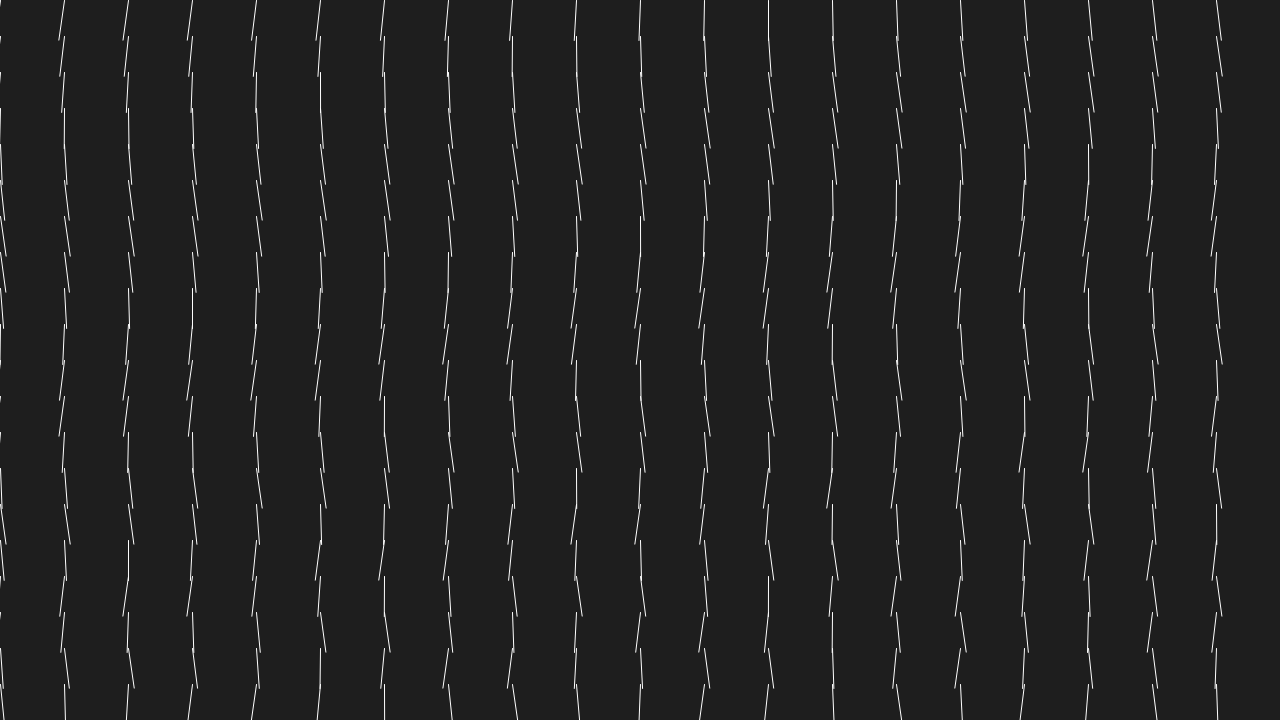
Repository: dylanreimer/electrocrafting
Page: projects/pendulum/index.html
An editor plug-in stored every save of this project. The page is shown before and after the next save, followed by the edit.
The browser window is 1280 px wide. The pictures show the whole page.

Above is the page before, as saved 2021-10-19 01:16:36.

### projects/pendulum/index.html
<!DOCTYPE html>
<html lang="en">
  <head>
    <meta charset="UTF-8" />
    <meta http-equiv="X-UA-Compatible" content="IE=edge" />
    <meta name="viewport" content="width=device-width, initial-scale=1.0" />
    <style>
      body {
      padding: 0;
      margin: 0;
    }
    </style>
    <title>pendulum</title>
      <script src="libs/p5.js"></script>
      <script src="libs/p5.dom.min.js"></script>
      <script src="libs/p5.sound.min.js"></script>
    </head>
  <body>
    <script src="sketch.js"></script>
    <script src="pendulum.js"></script>
  </body>
</html>

### projects/pendulum/sketch.js
const canvasWidth = window.innerWidth;
const canvasHeight = window.innerHeight;

let pendulums = [];

let cols = 20, rows = 20;


function preload() {

}

function setup() {
    createCanvas(canvasWidth, canvasHeight);

    pendulums = make2d(cols, rows);

    for(let i = 0; i < cols; i++) {
        for(let j = 0; j < rows; j++) {

          const xangle = map(mouseX, 0, width, -TWO_PI, TWO_PI);
          const yangle = map(mouseY, 0, height, -TWO_PI, TWO_PI);

          angle = (xangle * (i / width)*4) + (yangle * (j / height)*8);

          //console.log(angle);
          c = map(angle, -2, 2, 0, 50);

          pendulums[i][j] = new Pendulum(i*(canvasWidth/cols), j*(canvasHeight/rows), c/0.8);
        }
    }
}



function draw() {
    background(30);

    for(let i =0; i < cols; i++){
        for(let j = 0; j < rows; j++) {
            pendulums[i][j].render();
            pendulums[i][j].update();
        }
    }
}



function make2d(cols, rows) {
    let array = new Array(cols);
    for (let i = 0; i < array.length; i++) {
        array[i] = new Array(rows);
    }
    return array
}

### projects/pendulum/pendulum.js
class Pendulum {
    constructor(x, y, size, radius=40, velocity=0.01, color=[255, 255, 255]) {
        this.origin = {x: x, y: y};
        this.center = {x: x, y: y};
        this.lineStart = {x: x, y: y};
        this.size = size;
        this.swingRadius = radius;
        this.color = color;
        this.angle = PI/2;
        this.gravity = 0.2;
        this.damping = 0.9995;
        this.accel = 0;
        this.velocity = velocity;
    };

    update() {
        this.updateAngle();
        this.updatePosition();
    };

    render() {
        this.renderArm();
        this.renderWeight();
    };

    updateAngle() {
        this.accel = (-1 * this.gravity/this.size) * sin(this.angle);
        this.velocity += this.accel;
        this.velocity *= this.damping;
        this.angle += this.velocity;

        this.damping -= 0.0001
    };

    updatePosition() {
        this.center.x = sin(this.angle) * this.swingRadius + this.origin.x;
        this.center.y = cos(this.angle) * this.swingRadius + this.origin.y;
    };

    renderArm() {
        stroke(255);
        line(this.center.x, this.center.y, this.lineStart.x, this.lineStart.y);
    }

    renderWeight() {
        fill(this.color);
        ellipse(this.center.x, this.center.y, this.size);
    }


}

Loaded but not shown: projects/aframe/libraries/p5.js (library); projects/pendulum/libs/p5.dom.min.js (library); projects/pendulum/libs/p5.sound.min.js (library)

After the next save:
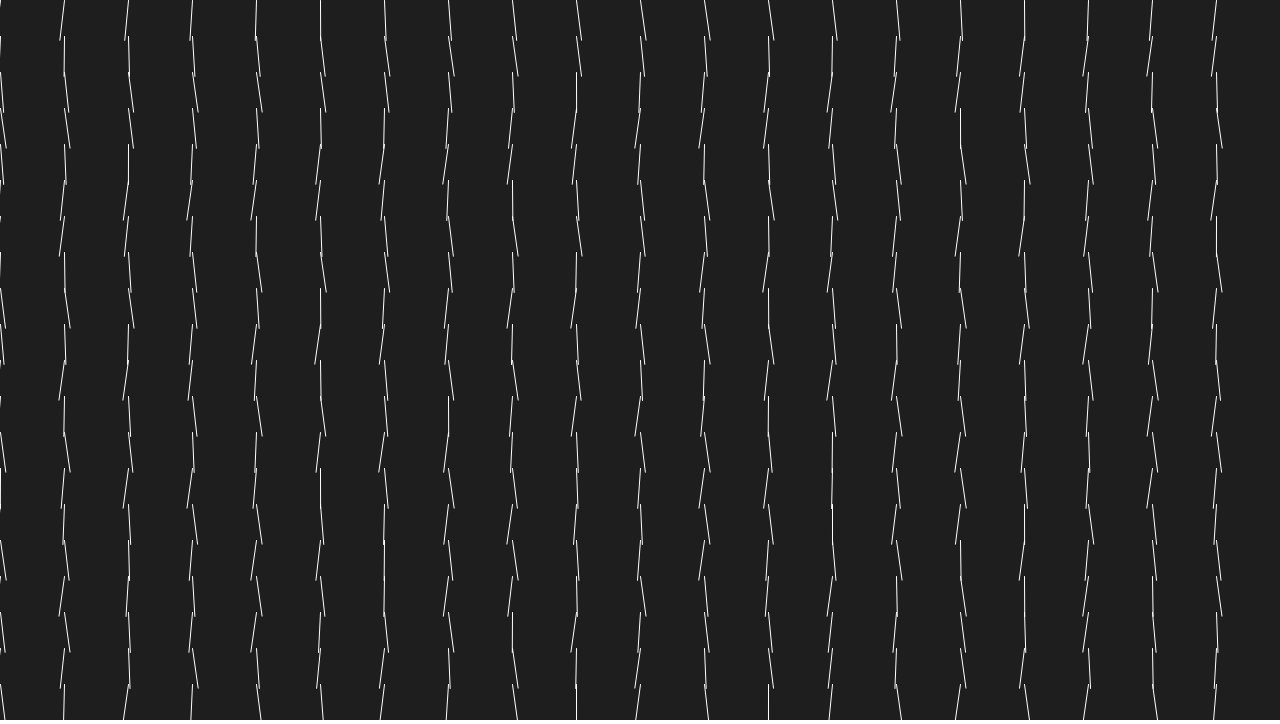
Saved 5 s later.
--- a/projects/pendulum/pendulum.js
+++ b/projects/pendulum/pendulum.js
@@ -7,7 +7,7 @@
         this.swingRadius = radius;
         this.color = color;
         this.angle = PI/2;
-        this.gravity = 0.2;
+        this.gravity = 0.9;
         this.damping = 0.9995;
         this.accel = 0;
         this.velocity = velocity;
